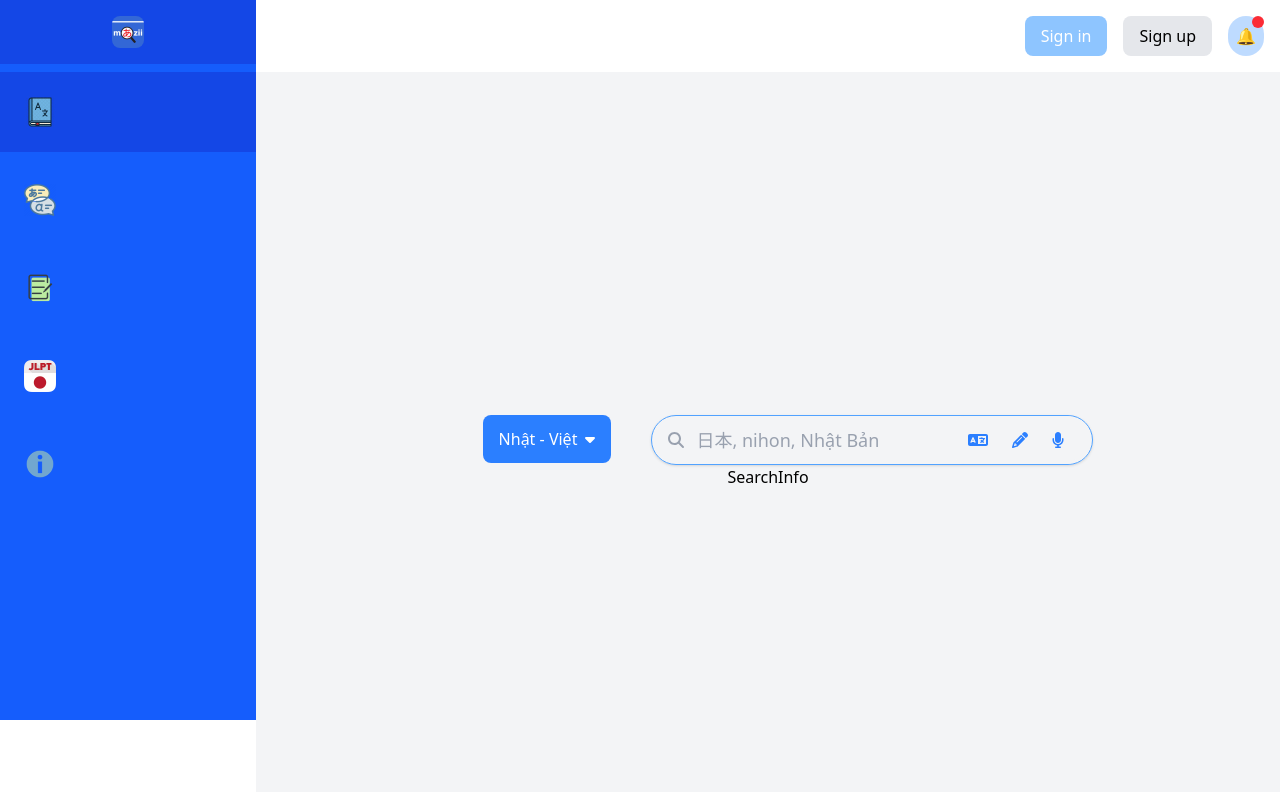
Repository: reminzuetto/JapaneseTranslationApp
Page: /search
These files come from the project's save history. The page is drawn as it stood at one moment and after the next save; the edit follows.
The browser window is 1280 px wide. The pictures show the whole page.
The page's requests for data from a server got no answer. The project was rebuilt for these pictures with package versions that can differ from the ones it lists, and the page was loaded fresh each time. No one was signed in, and anything a server would have sent is missing. Also part of the build but not shown: vite.config.js, src/components/Header/NotificationItem.jsx, src/pages/Home.jsx, src/Firebase.jsx, src/pages/SignInForm.jsx, src/pages/SignUpForm.jsx, src/components/TranslatePage/LanguageSelector.jsx, src/components/TranslatePage/TextBox.jsx and 10 more. Imported but missing from the stored project, and not drawn on this page: src/components/CollectionPage/Popup.

Above is the page before, as saved 2025-03-31 15:35:04.

### src/App.jsx
import React, { useState } from "react";
import { BrowserRouter as Router, Routes, Route } from "react-router-dom";
import Header from "./components/Header/Header";
import Home from "./pages/Home";
import Sidebar from "./components/SideBar/SideBar";
import SignInForm from "./pages/SignInForm";
import SignUpForm from "./pages/SignUpForm";
import SearchPage from "./pages/SearchPage";
import TranslatePage from "./pages/TranslatePage";
import CollectionPage from "./pages/CollectionPage";
import JLPTPage from "./pages/JLPTPage";
import AboutPage from "./pages/AboutPage";
import CollectionInfoPage from "./pages/CollectionInfoPage";
import Flashcard from "./pages/FlashCard";
import Quizz from "./pages/Quizz";

function App() {
  const [isSidebarOpen, setIsSidebarOpen] = useState(false);

  return (
    <Router>
      <div className="flex">
        {/* Sidebar */}
        <Sidebar isOpen={isSidebarOpen} setIsOpen={setIsSidebarOpen} />
        {/* <RightSideBar> </RightSideBar> */}

        {/* Nội dung chính */}
        <div
          className={`flex-1 transition-all duration-300 ${
            isSidebarOpen ? "ml-64" : "ml-20"
          }`}
        >
          <Header />
          <Routes>
            <Route path="/" element={<Home />} />
            <Route path="/signin" element={<SignInForm />} />
            <Route path="/signup" element={<SignUpForm />} />
            <Route path="/search" element={<SearchPage />} />
            <Route path="/translate" element={<TranslatePage />} />
            <Route path="/collection" element={<CollectionPage />} />
            <Route path="/jlpt" element={<JLPTPage />} />
            <Route path="/about" element={<AboutPage />} />
            <Route path="/collection/:id" element={<CollectionInfoPage />} />
            <Route path="/flashcard/:id" element={<Flashcard />} />
            <Route path="/quizz/:id" element={<Quizz />} />
          </Routes>
        </div>
      </div>
    </Router>
  );
}

export default App;

### src/components/Header/Header.jsx
import React, { useState } from "react";
import useClickOutside from "../../hooks/useClickOutside";
import notificationsData from "/src/Data.js";
import NotificationItem from "../Header/NotificationItem";
import { Link } from "react-router-dom";

const Header = () => {
  const { show, setShow, nodeRef } = useClickOutside();
  const [notifications, setNotifications] = useState(notificationsData);

  const markAsSeen = (id) => {
    setNotifications((prev) =>
      prev.map((item) => (item.id === id ? { ...item, seen: true } : item))
    );
  };

  return (
    <header className="flex items-center justify-end p-4 bg-white shadow-md  top-0 left-0 w-full z-50">
      <div className="flex items-center gap-4">
        <Link to="/signin">
          <button className="px-4 py-2 text-white bg-blue-300 rounded-lg hover:bg-blue-500">
            Sign in
          </button>
        </Link>

        <Link to="/signup">
          <button className="px-4 py-2 text-blue bg-gray-200 rounded-lg hover:bg-blue-500 hover:text-white">
            Sign up
          </button>
        </Link>
        <div className="relative" ref={nodeRef}>
          <div
            className="relative p-2 rounded-full bg-blue-200 hover:bg-blue-400 cursor-pointer"
            onClick={() => setShow(!show)}
          >
            🔔
            {notifications.some((item) => !item.seen) && (
              <span className="absolute top-0 right-0 w-3 h-3 bg-red-500 rounded-full"></span>
            )}
          </div>

          {show && (
            <div className="absolute top-full -left-2 min-w-[250px] translate-x-[-100%] mt-2 bg-white shadow-lg rounded-lg border border-gray-200">
              {notifications.length > 0 ? (
                notifications.map((item) => (
                  <NotificationItem
                    key={item.id}
                    id={item.id}
                    title={item.title}
                    time={item.time}
                    seen={item.seen}
                    onMarkAsSeen={markAsSeen}
                  />
                ))
              ) : (
                <div className="p-4 text-center text-gray-400">
                  Không có thông báo mới
                </div>
              )}
            </div>
          )}
        </div>
      </div>
    </header>
  );
};

export default Header;

### src/components/SideBar/SideBar.jsx
import React from "react";
import { NavLink } from "react-router-dom";

const SidebarItem = ({ src, text, to }) => (
  <li className="w-full">
    <NavLink
      to={to}
      className={({ isActive }) =>
        `flex items-center h-20 text-gray-200 no-underline transition duration-500 hover:bg-blue-700 hover:text-white hover:shadow-lg hover:font-bold hover:rounded-lg hover:ml-3 hover:mr-3 ${
          isActive ? "bg-blue-700 font-bold text-white" : ""
        }`
      }
    >
      <img className="w-8 min-w-8 mx-6" src={src} alt={text} />
      <span className="hidden group-hover:block ml-4">{text}</span>
    </NavLink>
  </li>
);

const SideBar = ({ isOpen, setIsOpen }) => {
  const menuItems = [
    { src: "/src/assets/SearchIcon.png", text: "Search", to: "/search" },
    {
      src: "/src/assets/TranslateIcon.png",
      text: "Translate",
      to: "/translate",
    },
    {
      src: "/src/assets/CollectionIcon.png",
      text: "Collection",
      to: "/collection",
    },
    { src: "/src/assets/JLPTIcon.png", text: "JLPT", to: "/jlpt" },
    { src: "/src/assets/AboutIcon.jpg", text: "About us", to: "/about" },
  ];

  return (
    <nav
      className={`w-20 h-screen fixed z-51 bg-blue-600 transition-all duration-200 hover:w-64 group ${
        isOpen ? "w-64" : "w-20"
      }`}
      onMouseEnter={() => setIsOpen(true)}
      onMouseLeave={() => setIsOpen(false)}
    >
      <ul className="flex flex-col items-center space-y-2">
        <li className="w-full text-center py-4 bg-blue-700 font-bold uppercase text-white text-2xl">
          <NavLink className="flex items-center justify-center" to="/">
            <img
              className="w-8 h-8 rounded-lg transition-transform duration-600 group-hover:rotate-[-360deg]"
              src="/src/assets/MaziiLogo.png"
              alt="Mazii logo"
            />
            <span className="hidden group-hover:block ml-4">Mazzi</span>
          </NavLink>
        </li>
        {menuItems.map((item, index) => (
          <SidebarItem
            key={index}
            src={item.src}
            text={item.text}
            to={item.to}
          />
        ))}
      </ul>
    </nav>
  );
};

export default SideBar;

### src/pages/SearchPage.jsx
import React from "react";
import SearchBar from "../components/SeachBar/SearchBar";
import SearchInfo from "../components/SearchInfo/SearchInfo";

const SearchPage = () => {
  return (
    <div className="flex flex-col items-center justify-center h-screen bg-gray-100">
      <div className="mt-10 ">
        <SearchBar></SearchBar>
      </div>
      <SearchInfo></SearchInfo>
    </div>
  );
};

export default SearchPage;

### src/hooks/useClickOutside.jsx
import { useEffect, useRef, useState } from "react";

export default function useClickOutside(dom = "button") {
  const [show, setShow] = useState(false);
  const nodeRef = useRef(null);
  useEffect(() => {
    const handleClickOutside = (event) => {
      if (
        nodeRef.current &&
        !nodeRef.current.contains(event.target) &&
        !event.target.matches(dom)
      ) {
        setShow(false);
      }
    };
    document.addEventListener("click", handleClickOutside);
    return () => {
      document.removeEventListener("click", handleClickOutside);
    };
  }, []);

  return {
    show,
    setShow,
    nodeRef,
  };
}

### src/Data.js
const notificationsData = [
  {
    id: 1,
    title: "JavaScript Update",
    content: "Phiên bản mới của JavaScript đã được phát hành.",
    time: "10 phút trước",
    seen: false,
  },
  {
    id: 2,
    title: "ReactJS Tips",
    content: "Học cách tối ưu hóa hiệu suất trong ReactJS.",
    time: "30 phút trước",
    seen: true,
  },
  {
    id: 3,
    title: "VueJS News",
    content: "Vue 3 đang ngày càng phổ biến hơn!",
    time: "1 giờ trước",
    seen: false,
  },
  {
    id: 4,
    title: "Next.js Guide",
    content: "Làm thế nào để sử dụng Server Actions hiệu quả?",
    time: "3 giờ trước",
    seen: true,
  },
  {
    id: 5,
    title: "PostgreSQL Tips",
    content: "Cách tối ưu truy vấn SQL cho tốc độ nhanh hơn.",
    time: "5 giờ trước",
    seen: false,
  },
];

export default notificationsData;

### src/components/SeachBar/DropDownButton.jsx
import { useState, useRef, useEffect } from "react";
import { FontAwesomeIcon } from "@fortawesome/react-fontawesome";
import { faCaretUp, faCaretDown } from "@fortawesome/free-solid-svg-icons";

function DropdownButton({ options, selectedLanguage, setSelectedLanguage }) {
  const [isOpen, setIsOpen] = useState(false);
  const dropdownRef = useRef(null);

  useEffect(() => {
    function handleClickOutside(event) {
      if (dropdownRef.current && !dropdownRef.current.contains(event.target)) {
        setIsOpen(false);
      }
    }
    document.addEventListener("mousedown", handleClickOutside);
    return () => {
      document.removeEventListener("mousedown", handleClickOutside);
    };
  }, []);

  return (
    <div className="relative w-auto mx-10" ref={dropdownRef}>
      <button
        className="flex items-center justify-between bg-blue-500 text-white font-medium px-4 py-3 rounded-lg hover:bg-blue-600 transition cursor-pointer whitespace-nowrap"
        onClick={() => setIsOpen(!isOpen)}
      >
        <span>
          {selectedLanguage.from} - {selectedLanguage.to}
        </span>
        <FontAwesomeIcon
          icon={isOpen ? faCaretUp : faCaretDown}
          className="ml-2"
        />
      </button>

      {isOpen && (
        <ul className="absolute left-0 right-0 mt-2 bg-blue-300 text-white text-lg rounded-md shadow-lg z-10">
          {options.map((option, index) => (
            <li
              key={index}
              className="flex items-center justify-between px-4 py-3 hover:bg-blue-400 cursor-pointer transition"
              onClick={() => {
                setSelectedLanguage(option); // ✅ Cập nhật selectedLanguage
                setIsOpen(false);
              }}
            >
              <span>
                {option.from} - {option.to}
              </span>
            </li>
          ))}
        </ul>
      )}
    </div>
  );
}

export default DropdownButton;

### src/components/SeachBar/SearchBar.jsx
import React, { useState } from "react";
import DropdownButton from "./DropDownButton";
import SearchInput from "./SearchInput";

const languageOptions = [
  { from: "Nhật", to: "Việt", placeholder: "日本, nihon, Nhật Bản" },
  { from: "Việt", to: "Nhật", placeholder: "Nhật Bản, nihon, 日本" },
];

const SearchBar = () => {
  const [selectedLanguage, setSelectedLanguage] = useState(languageOptions[0]);

  return (
    <div className="flex items-start space-x-4">
      <DropdownButton
        options={languageOptions}
        selectedLanguage={selectedLanguage}
        setSelectedLanguage={setSelectedLanguage}
      />
      <SearchInput placeholder={selectedLanguage.placeholder} />
    </div>
  );
};

export default SearchBar;

### src/components/SeachBar/SearchInput.jsx
import React, { useState, useEffect } from "react";
import { FontAwesomeIcon } from "@fortawesome/react-fontawesome";
import useDebounce from "../../hooks/useDebounce";
import { useNavigate } from "react-router-dom";

import {
  faSearch,
  faLanguage,
  faPencil,
  faMicrophone,
} from "@fortawesome/free-solid-svg-icons";

const SearchInput = ({ placeholder }) => {
  const navigate = useNavigate();
  const [query, setQuery] = useState("");
  const [results, setResults] = useState([]);
  const [data, setData] = useState([]);
  const debouncedQuery = useDebounce(query, 200);

  useEffect(() => {
    fetch("/japanese_search.json")
      .then((response) => response.json())
      .then((json) => setData(json.vocabulary))
      .catch((error) => console.error("Error loading data:", error));
  }, []);

  useEffect(() => {
    if (debouncedQuery.trim() === "") {
      setResults([]);
    } else {
      const filtered = data.filter(
        (item) =>
          item.word.includes(debouncedQuery) ||
          item.pronounce.includes(debouncedQuery) ||
          item.meanings.some((meaning) => meaning.includes(debouncedQuery))
      );
      setResults(filtered);
    }
  }, [debouncedQuery, data]);

  return (
    <div className="w-full max-w-[800px]">
      <div className="flex items-center border border-blue-400 rounded-full px-4 shadow-sm">
        <FontAwesomeIcon icon={faSearch} className="text-gray-400 mr-3" />
        <input
          type="text"
          placeholder={placeholder}
          className="flex-1 outline-none text-gray-600 text-lg placeholder-gray-400 bg-transparent"
          value={query}
          onChange={(e) => setQuery(e.target.value)}
        />
        <div className="flex space-x-2 bg-gray-100 p-1 rounded-lg">
          <button
            className="p-2 hover:bg-gray-200 rounded-md"
            onClick={() => navigate("/translate")}
          >
            <FontAwesomeIcon icon={faLanguage} className="text-blue-500" />
          </button>
          <button className="p-2 hover:bg-gray-200 rounded-md">
            <FontAwesomeIcon icon={faPencil} className="text-blue-500" />
          </button>
          <button className="p-2 hover:bg-gray-200 rounded-md">
            <FontAwesomeIcon icon={faMicrophone} className="text-blue-500" />
          </button>
        </div>
      </div>
      {results.length > 0 && (
        <ul className="mt-2 rounded-lg bg-white cursor-pointer">
          {results.map((item, index) => (
            <li key={index} className="p-2 rounded-lg hover:bg-gray-200">
              <strong>
                {item.word} ({item.pronounce})
              </strong>
              : {item.meanings.join(", ")}
            </li>
          ))}
        </ul>
      )}
    </div>
  );
};

export default SearchInput;

### src/components/SearchInfo/SearchInfo.jsx
import React from "react";

const SearchInfo = () => {
  return <div>SearchInfo</div>;
};

export default SearchInfo;

### src/hooks/useDebounce.jsx
import { useEffect, useState } from "react";

export default function useDebounce(initializeValue = "", delay = 500) {
  const [debounceValue, setDebounceValue] = useState(initializeValue);
  useEffect(() => {
    const timer = setTimeout(() => {
      setDebounceValue(initializeValue);
    }, delay);
    return () => clearTimeout(timer);
  }, [initializeValue, delay]);
  return debounceValue;
}

### public/japanese_search.json
{
  "vocabulary": [
    {
      "word": "学校",
      "pronounce": "がっこう",
      "meanings": ["Trường học", "Ngôi trường"]
    },
    {
      "word": "小学校",
      "pronounce": "しょうがっこう",
      "meanings": ["Trường tiểu học"]
    },
    {
      "word": "中学校",
      "pronounce": "ちゅうがっこう",
      "meanings": ["Trường trung học cơ sở"]
    },
    {
      "word": "高校",
      "pronounce": "こうこう",
      "meanings": ["Trường trung học phổ thông"]
    },
    {
      "word": "大学",
      "pronounce": "だいがく",
      "meanings": ["Trường đại học"]
    },
    {
      "word": "教師",
      "pronounce": "きょうし",
      "meanings": ["Giáo viên", "Thầy cô giáo"]
    },
    {
      "word": "生徒",
      "pronounce": "せいと",
      "meanings": ["Học sinh"]
    },
    {
      "word": "学生",
      "pronounce": "がくせい",
      "meanings": ["Sinh viên"]
    }
  ]
}

Loaded but not shown: index.html (common file); src/main.jsx (common file); src/index.css (common file)

After the next save:
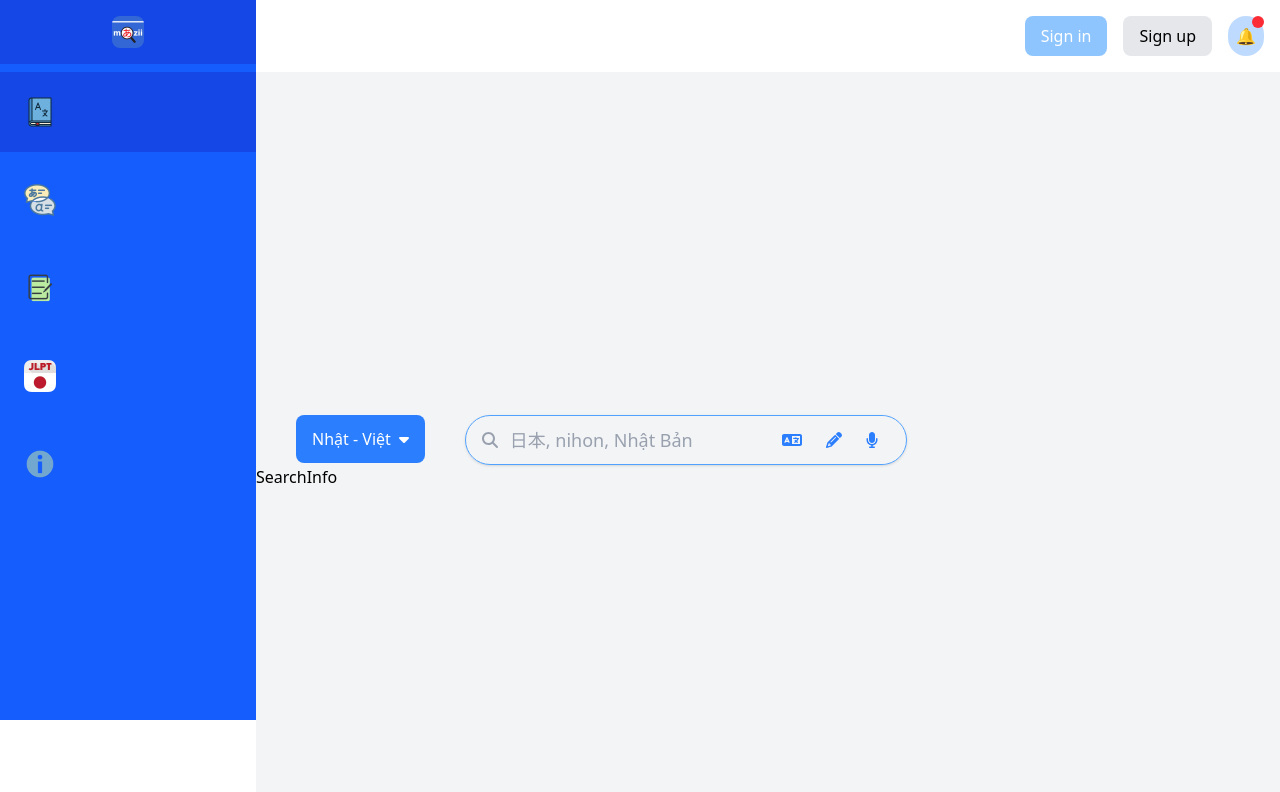
Saved 8 s later.
--- a/src/pages/SearchPage.jsx
+++ b/src/pages/SearchPage.jsx
@@ -4,7 +4,7 @@ import SearchInfo from "../components/SearchInfo/SearchInfo";
 
 const SearchPage = () => {
   return (
-    <div className="flex flex-col items-center justify-center h-screen bg-gray-100">
+    <div className="flex flex-col items-start justify-center h-screen bg-gray-100">
       <div className="mt-10 ">
         <SearchBar></SearchBar>
       </div>
